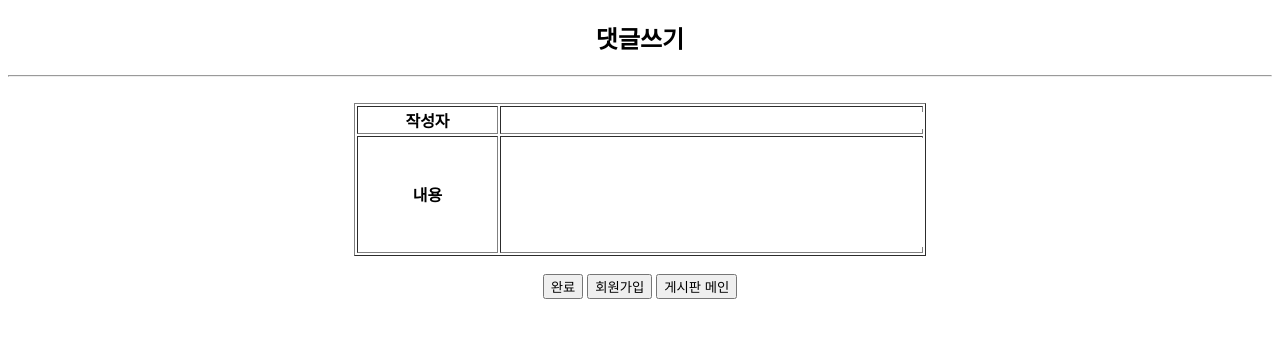
Repository: fffight88/MESboard
Page: http://localhost/practice_board_mvc/jsp/board/commentForm.jsp
The author's editor kept a copy of each file at every save. The page is drawn from the files as they stood at one save, then again after the next save.
The browser window is 1280 px wide. The pictures show the whole page.
The page is served by Tomcat 9.

Above is the page before, as saved 2022-09-16 05:37:48.

After the next save:
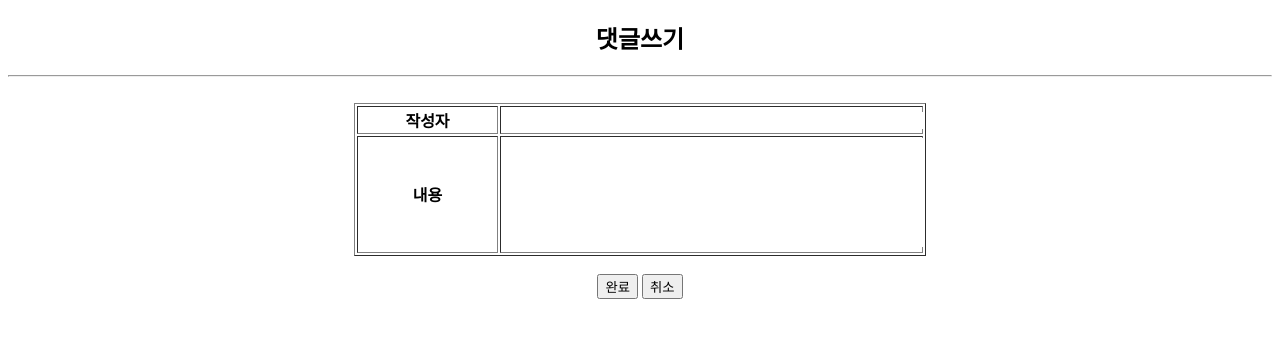
Saved 4 min 7 s later.
--- a/practice_board_mvc/src/main/webapp/jsp/board/commentForm.jsp
+++ b/practice_board_mvc/src/main/webapp/jsp/board/commentForm.jsp
@@ -43,8 +43,7 @@
 		</table>
 		<br>
 		<input type="submit" value="완료">
-		<input type="button" value="회원가입" onclick="location.href='${ pageContext.request.contextPath }/login/joinForm.do'">
-		<input type="button" value="게시판 메인" onclick="location.href='${ pageContext.request.contextPath }/board/list.do'">
+		<input type="button" value="취소" onclick="window.close()">
 	</form>
 </div>
 </body>
